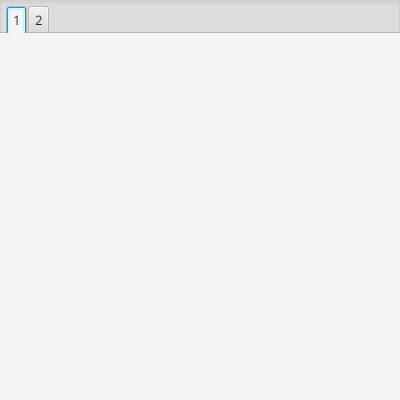
Repository: S--Minecraft/twgitter
Program's window: java twgitter-gui/src/twgitter/gui/Tabs.java
An editor plug-in stored every save of this project. The program's window is shown before and after the next save, followed by the edit.
It runs on Java 21 on a 1366 x 768 screen with JavaFX 11; the title bar is not drawn.

Above is the program's window before, as saved 2014-09-21 14:55:55.

### twgitter-gui/src/twgitter/gui/Tabs.java
package twgitter.gui;

import javafx.application.Application;
import javafx.geometry.Side;
import javafx.scene.Scene;
import javafx.scene.control.Tab;
import javafx.scene.control.TabPane;
import javafx.scene.layout.BorderPane;
import javafx.scene.layout.VBox;
import javafx.stage.Stage;

public class Tabs extends Application {
	public static BorderPane makeTab(BorderPane borderPane,String[] tabName,int width,int height) {
		final TabPane tabPane = new TabPane();

		tabPane.setPrefSize(width,height);
		tabPane.setSide(Side.TOP);
		tabPane.setTabClosingPolicy(TabPane.TabClosingPolicy.UNAVAILABLE);

		Tab[] tabs = new Tab[tabName.length];

		for(int i=0;i<tabName.length;i++)
		{
			tabs[i] = new Tab();
			tabs[i].setText(tabName[i]);

			tabPane.getTabs().add(tabs[i]);
		}

		//tabPane.getTabs().addAll();

		/*
		final Tab tab1 = new Tab();
		tab1.setText("Tab 1");
		final Tab tab2 = new Tab();
		tab2.setText("Tab 2");
		final Tab tab3 = new Tab();
		tab3.setText("Tab 3");
		final Tab tab4 = new Tab();
		tab4.setText("Tab 4");
		*/

		//tabPane.getTabs().addAll(tab1, tab2, tab3, tab4);

		borderPane.setCenter(tabPane);

		return borderPane;
	}

	@Override public void start(Stage primaryStage) throws Exception {
		VBox vbox = new VBox();
		Scene scene = new Scene(vbox);

		String[] tabNames = {"1","2"};
		BorderPane a = new BorderPane();
		a = makeTab(a, tabNames,400,400);

		vbox.getChildren().add(a);

		primaryStage.setScene(scene);
		primaryStage.show();
	}

	public static void main(String[] args) {
		launch(args);
	}
}

After the next save:
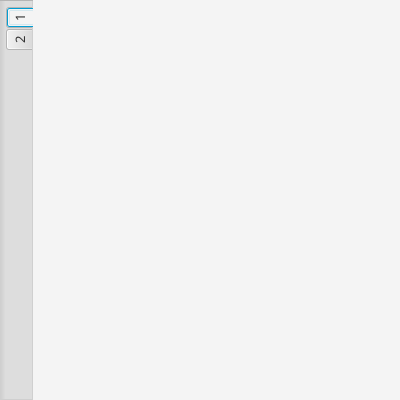
Saved 13 h 10 min later.
--- a/twgitter-gui/src/twgitter/gui/Tabs.java
+++ b/twgitter-gui/src/twgitter/gui/Tabs.java
@@ -14,7 +14,7 @@
 		final TabPane tabPane = new TabPane();
 
 		tabPane.setPrefSize(width,height);
-		tabPane.setSide(Side.TOP);
+		tabPane.setSide(Side.LEFT);
 		tabPane.setTabClosingPolicy(TabPane.TabClosingPolicy.UNAVAILABLE);
 
 		Tab[] tabs = new Tab[tabName.length];

After the 2 saves that followed:
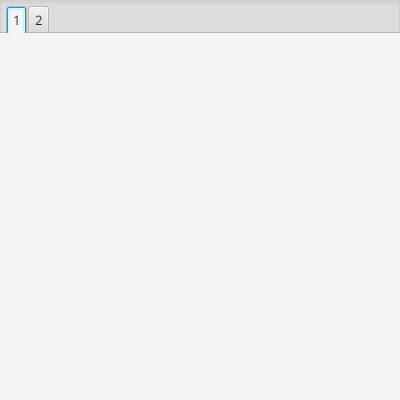
The 2 saves are shown as one change because 1 did not build or start.
The last was saved 3 min 55 s later.
--- a/twgitter-gui/src/twgitter/gui/Tabs.java
+++ b/twgitter-gui/src/twgitter/gui/Tabs.java
@@ -10,11 +10,11 @@
 import javafx.stage.Stage;
 
 public class Tabs extends Application {
-	public static BorderPane makeTab(BorderPane borderPane,String[] tabName,int width,int height) {
+	public static BorderPane makeTab(BorderPane borderPane,String[] tabName,int width,int height,Side side) {
 		final TabPane tabPane = new TabPane();
 
 		tabPane.setPrefSize(width,height);
-		tabPane.setSide(Side.LEFT);
+		tabPane.setSide(side);
 		tabPane.setTabClosingPolicy(TabPane.TabClosingPolicy.UNAVAILABLE);
 
 		Tab[] tabs = new Tab[tabName.length];
@@ -53,7 +53,7 @@
 
 		String[] tabNames = {"1","2"};
 		BorderPane a = new BorderPane();
-		a = makeTab(a, tabNames,400,400);
+		a = makeTab(a, tabNames,400,400,Side.TOP);
 
 		vbox.getChildren().add(a);
 
